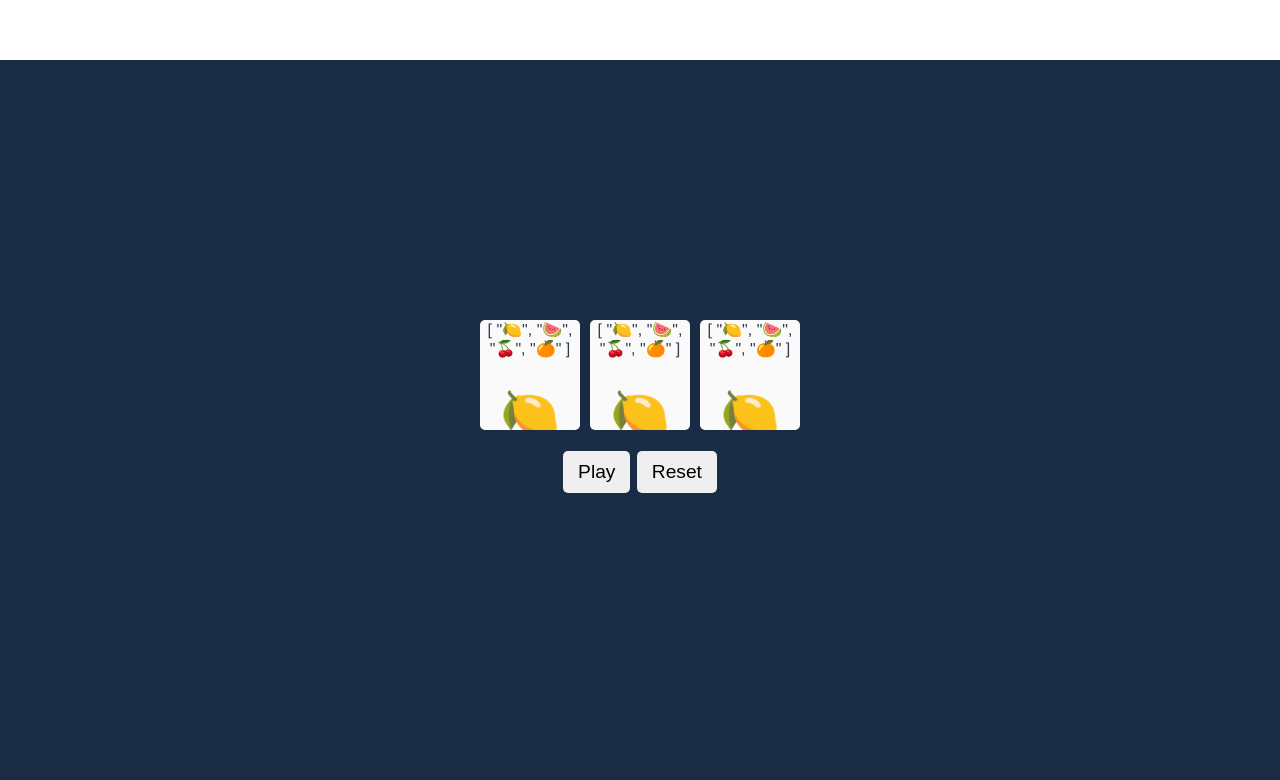
Repository: HERBOD7/slotmachine
Page: /
An editor plug-in stored every save of this project. The page is shown before and after a run of saves, followed by the edit.
The browser window is 1280 px wide. The pictures show the whole page.
The project was rebuilt for these pictures with package versions that can differ from the ones it lists, and the page was loaded fresh each time. Also part of the build but not shown: vue.config.js.

Above is the page before, as saved 2023-07-22 18:13:38.

After the next 2 saves:
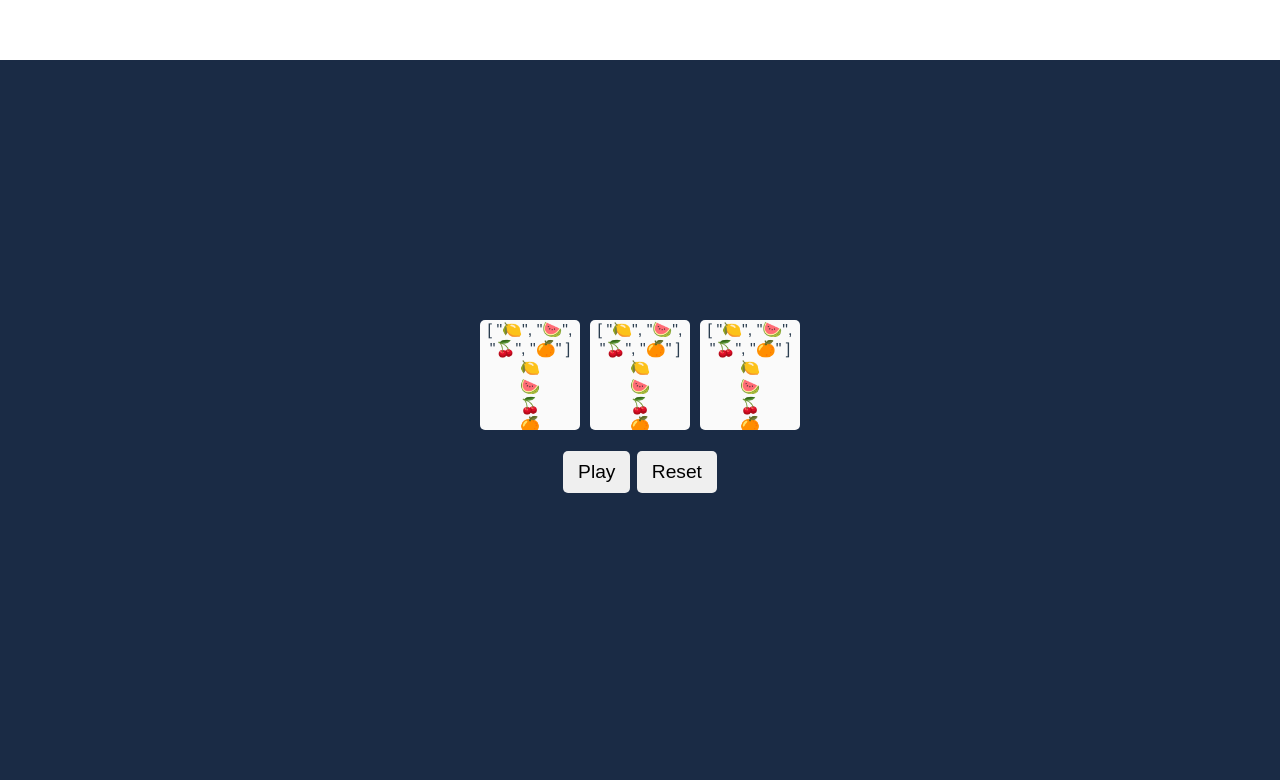
The 2 saves are shown as one change because they came seconds apart.
The last was saved 27 s later.
--- a/src/App.vue
+++ b/src/App.vue
@@ -4,7 +4,7 @@
       <div class="door" v-for="i in 3" :key="i">
         {{ symbols }}
         <div>
-          <!-- <div class="boxes">
+          <div class="boxes">
             <div
               :class="['box', transitionend ? 'blur' : '']"
               v-for="(symbol, index) in symbols"
@@ -12,8 +12,8 @@
             >
               {{ symbol }}
             </div>
-          </div> -->
-          <SlotBox :symbols="symbols" />
+          </div>
+          <!-- <SlotBox :symbols="symbols" /> -->
         </div>
       </div>
     </div>

After the 2 saves that followed:
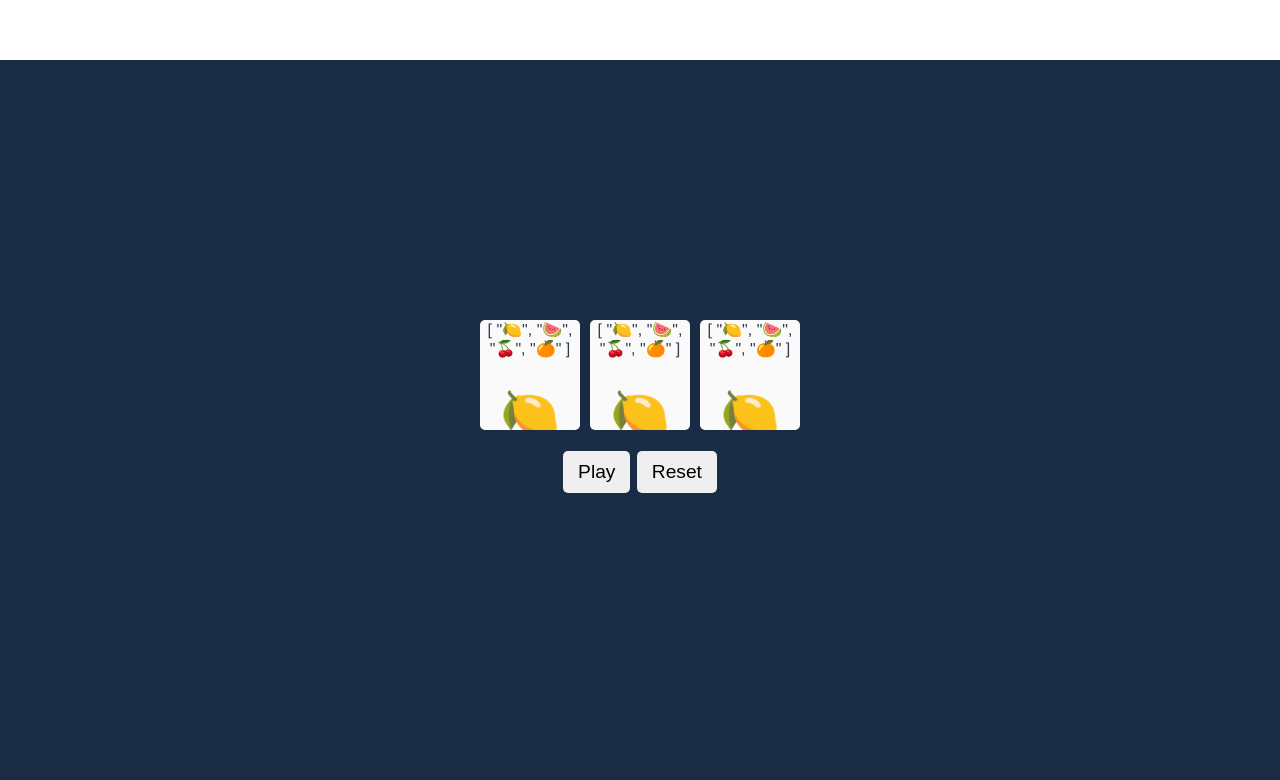
The 2 saves are shown as one change because 1 left the picture as it was.
The last was saved 21 s later.
--- a/src/App.vue
+++ b/src/App.vue
@@ -27,13 +27,13 @@
 
 <script>
 // import HelloWorld from "./components/HelloWorld.vue";
-import SlotBox from "./components/SlotBox.vue";
+// import SlotBox from "./components/SlotBox.vue";
 
 export default {
   name: "App",
   components: {
     // HelloWorld,
-    SlotBox,
+    // SlotBox,
   },
   data() {
     return {
@@ -172,7 +172,7 @@ body {
   margin: 5px;
 }
 
-/* .boxes {
+.boxes {
   transform: translateY(0);
   transition: transform 1s ease-in-out;
 }
@@ -184,7 +184,7 @@ body {
   font-size: 3rem;
   height: 110px;
   width: 100px;
-} */
+}
 
 .blur {
   filter: blur(1px);
